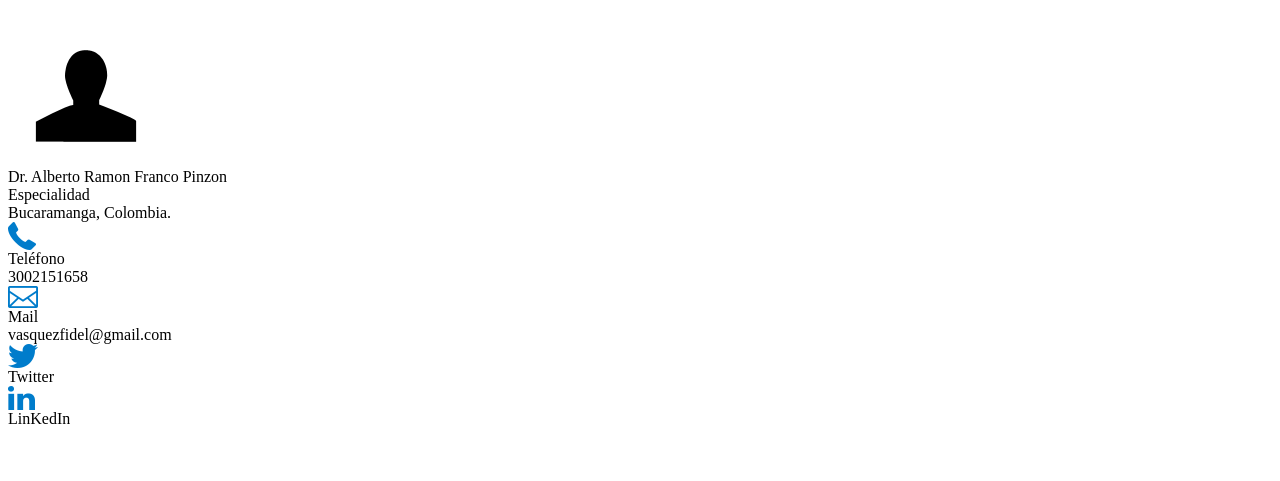
Repository: pacoigloo/Anexia
Page: detalle-medico.html
The author's editor kept a record of every edit. The page is drawn from the files as they stood at one moment, then again after the next edit.
The browser window is 1280 px wide. The pictures show the whole page.

Above is the page before.

### detalle-medico.html
<div class="conferencista-header">
    <img src="img/img-barnabe.png" alt="Barnabe Lourdel"/>
    <div>
        <div>Dr. Alberto Ramon Franco Pinzon</div>
        <div>Especialidad</div>
        <div>Bucaramanga, Colombia.</div>
    </div>
</div>
<!--<div class="conferencista-texto">Lorem ipsum dolor sit amet, consectetur adipiscing elit. Nunc urna sem, finibus nec condimentum vitae, commodo in nulla. Vivamus sit amet metus ultricies, dictum metus ut, pretium neque. Pellentesque efficitur ex justo, sit amet vulputate nulla blandit aliquet. Class aptent taciti sociosqu ad litora torquent per conubia nosttra, per inceptos himenaeos. Nam in pretium massa.</div>-->
<div id="detalle-contacto">
    <div class="detalle-metodo">
        <img src="img/telefonin.png" alt="telefono"/>
        <div>Teléfono</div>
        <div>3002151658</div>
    </div>
    <div class="detalle-metodo">
        <img src="img/correo.png" alt="mail"/>
        <div>Mail</div>
        <div>vasquezfidel@gmail.com</div>
    </div>
    <div class="detalle-metodo">
        <img src="img/twitter.png" alt="twitter"/>
        <div>Twitter</div>
    </div>
    <div class="detalle-metodo">
        <img src="img/linkedin.png" alt="linkedin"/>
        <div>LinKedIn</div>
    </div>
</div>

After the next edit:
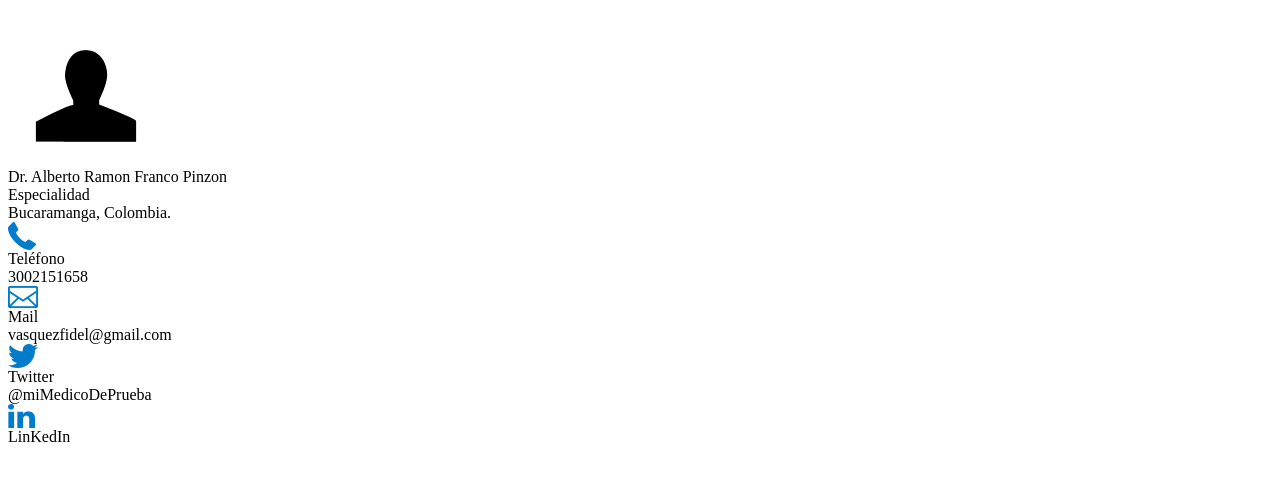
The edit:
--- a/detalle-medico.html
+++ b/detalle-medico.html
@@ -21,6 +21,7 @@
     <div class="detalle-metodo">
         <img src="img/twitter.png" alt="twitter"/>
         <div>Twitter</div>
+        <div>@miMedicoDePrueba</div>
     </div>
     <div class="detalle-metodo">
         <img src="img/linkedin.png" alt="linkedin"/>
